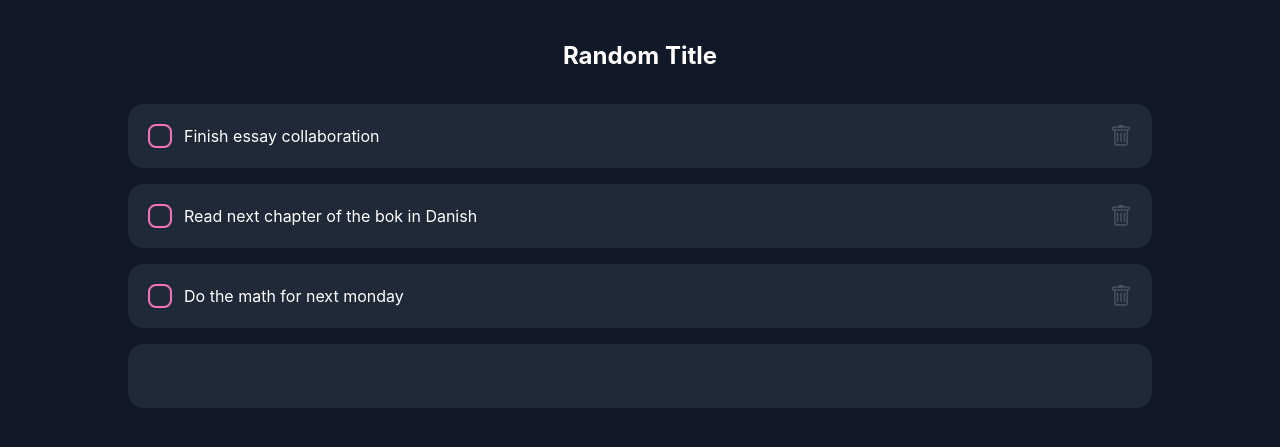
Repository: VachArt/react-exam-work
Page: /about
An editor plug-in stored every save of this project. The page is shown before and after the next save, followed by the edit.
The browser window is 1280 px wide. The pictures show the whole page.
The project was rebuilt for these pictures with package versions that can differ from the ones it lists, and the page was loaded fresh each time.

Above is the page before, as saved 2022-04-27 22:26:38.

### src/index.jsx
import React from 'react'
import ReactDOM from 'react-dom/client'
import './index.css'
import Home from './components/pages/Home/Home'
import Layout from './components/layout/Layout'

const root = ReactDOM.createRoot(document.getElementById('root'));
root.render(
  <React.StrictMode>
    <Layout>
      <Home />
    </Layout>
  </React.StrictMode>
);

### src/components/pages/Home/Home.jsx
import React, { useState } from 'react'
import TodoItem from './item/TodoItem'
import CreateTodoField from './create-todo-field/CreateTodoField'

const data = [
    {
        _id: "efnejhj",
        title: "Finish essay collaboration",
        isCompleted: false,
    },
    {
        _id: "efnejhrrrr",
        title: "Read next chapter of the bok in Danish",
        isCompleted: false,
    },
    {
        _id: "efnejhj2323",
        title: "Do the math for next monday",
        isCompleted: false,
    }
]

const Home = () => {
    const [todos, setTodos] = useState(data)

    const changeTodo = (id) => {
        const copy = [...todos]
        const current = copy.find(t => t._id === id)
        current.isCompleted = !current.isCompleted
        setTodos(copy)
    }

    const removeTodo = id => setTodos([...todos].filter(t => t._id !== id))

    const addTodo = (title) => {
        setTodos([
            {
                _id: new Date(),
                title,
                isCompleted: false
            },
            ...todos,
        ])
    }

    window.addTodo = addTodo

    return (
        <div className='text-white w-4/5 mx-auto'>
            <h1 className='text-2xl font-bold text-center mb-8'>Random Title</h1>
            {todos.map(todo => (
                <TodoItem
                    key={todo._id}
                    todo={todo}
                    changeTodo={changeTodo}
                    removeTodo={removeTodo}
                />
            ))}
            <CreateTodoField addTodo={addTodo} />
        </div>
    )
}

export default Home

### src/components/layout/Layout.jsx
import React from 'react'

const Layout = ({ children }) => {
    return <div className='py-10 bg-gray-900 h-screen'>{children}</div>
}

export default Layout

### src/components/pages/Home/item/TodoItem.jsx
import React from 'react'
import Check from './Check'
import cn from 'classnames'
import {BsTrash} from 'react-icons/bs'

const TodoItem = ({todo, changeTodo, removeTodo}) => {
    return (
        <div className='flex items-center justify-between mb-4 rounded-2xl bg-gray-800 p-5 w-full'>
            <button className='flex items-center'
                    onClick={() => changeTodo(todo._id)}
            >
                    <Check isCompleted={todo.isCompleted} />
                    <span
                        className={cn({
                            'line-through': todo.isCompleted,
                        })}
                    >
                        {todo.title}
                    </span>
            </button>
            <button onClick={() => removeTodo(todo._id)}>
                <BsTrash
                    size={22}
                    className='text-gray-600 hover:text-red-600
                    transition-colors ease-in-out duration-300'
                />
            </button>
        </div>
    )
}



export default TodoItem

### src/components/pages/Home/create-todo-field/CreateTodoField.jsx
import React, { useState } from "react"

const CreateTodoField = ({addTodo}) => {
    const [title, setTitle] = useState('')

    return (
        <div className='flex items-center justify-between mb-4 rounded-2xl bg-gray-800 p-5 w-full'>
            <input
                type='text'
                onChange={e => setTitle(e.target.value)}
                value={title}
                onKeyPress={e => e.key === 'Enter' && addTodo(title)}
                className='bg-transparent w-full border-none outline-none'
            />
        </div>
    )
}

export default CreateTodoField

### src/components/pages/Home/item/Check.jsx
import React from 'react'
import {BsCheck} from 'react-icons/bs'
import cn from 'classnames'

const Check = ({isCompleted}) => {
    return (
        <div className={cn(`border-2 rounded-lg border-pink-400 w-6 h-6 mr-3 flex items-center justify-center`,
                {
                    'bg-pink-400': isCompleted,
                }
            )}
        >
            {isCompleted && <BsCheck size={24}
            className='text-gray-900'/>}
        </div>
    )
}

export default Check

Loaded but not shown: public/index.html (common file); src/index.css (common file); tailwind.config.js (common file)

After the next save:
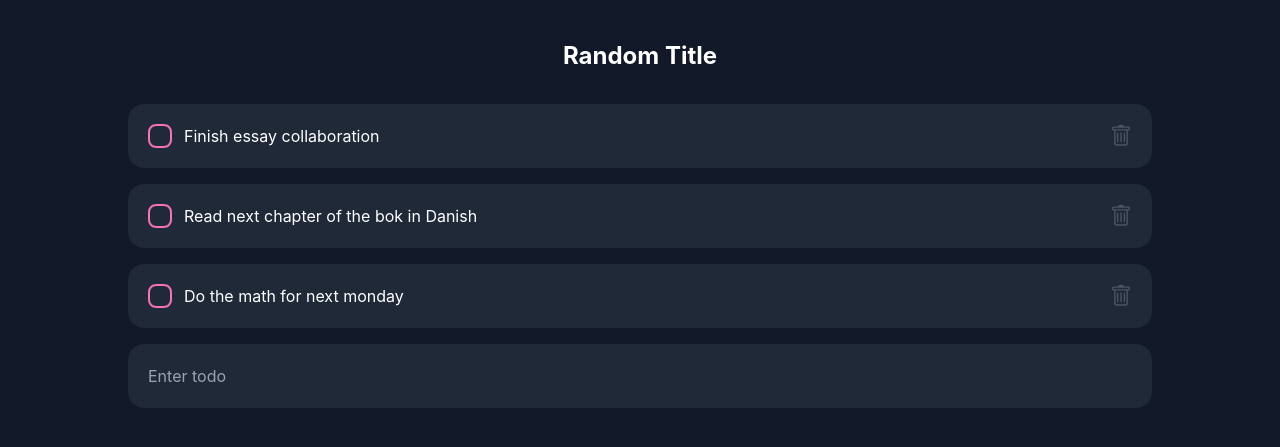
Saved 44 s later.
--- a/src/components/pages/Home/create-todo-field/CreateTodoField.jsx
+++ b/src/components/pages/Home/create-todo-field/CreateTodoField.jsx
@@ -11,6 +11,7 @@ const CreateTodoField = ({addTodo}) => {
                 value={title}
                 onKeyPress={e => e.key === 'Enter' && addTodo(title)}
                 className='bg-transparent w-full border-none outline-none'
+                placeholder='Enter todo'
             />
         </div>
     )
